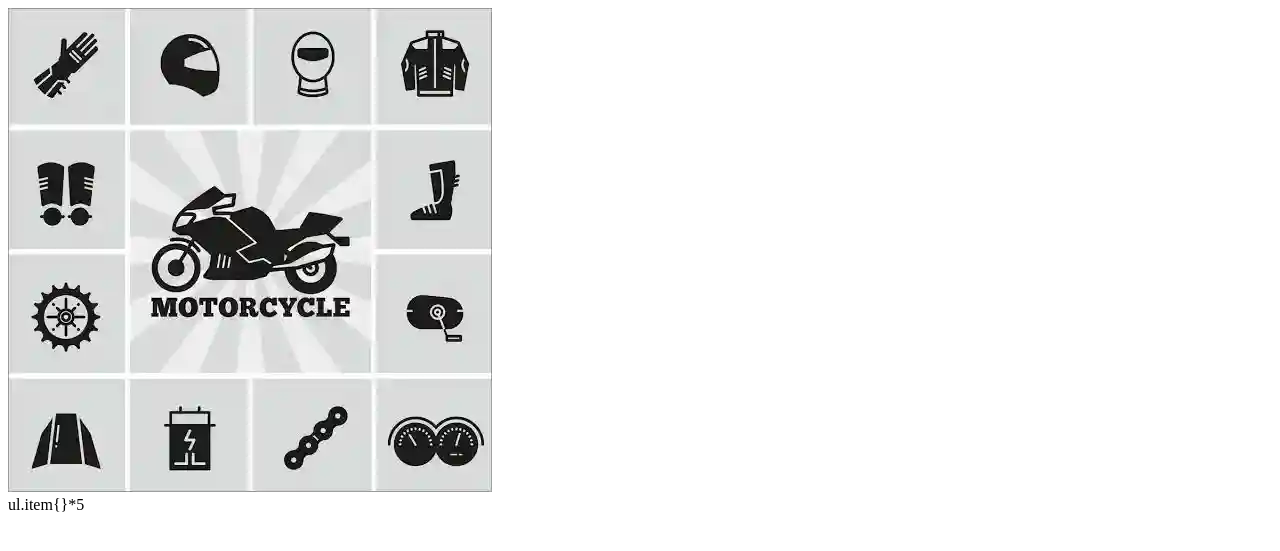
Repository: raisingh22/Simranlearning
Page: html css java/website2/index.html
These files come from the project's save history. The page is drawn as it stood at one moment and after the next save; the edit follows.
The browser window is 1280 px wide. The pictures show the whole page.

Above is the page before, as saved 2024-01-12 11:04:46.

### html css java/website2/index.html
<!DOCTYPE html>
<html lang="en">
<head>
    <meta charset="UTF-8">
    <meta name="viewport" content="width=device-width, initial-scale=1.0">
    <title>Bike Accessories For Modifications of Bike in India</title>
</head>
<body>
    <nav id="navbar">
        <div id="logo">
            <img src="logo.webp" alt="Online accessories">
        </div>
        ul.item{<a></a>}*5
    </nav>

</body>
</html>

After the next save:
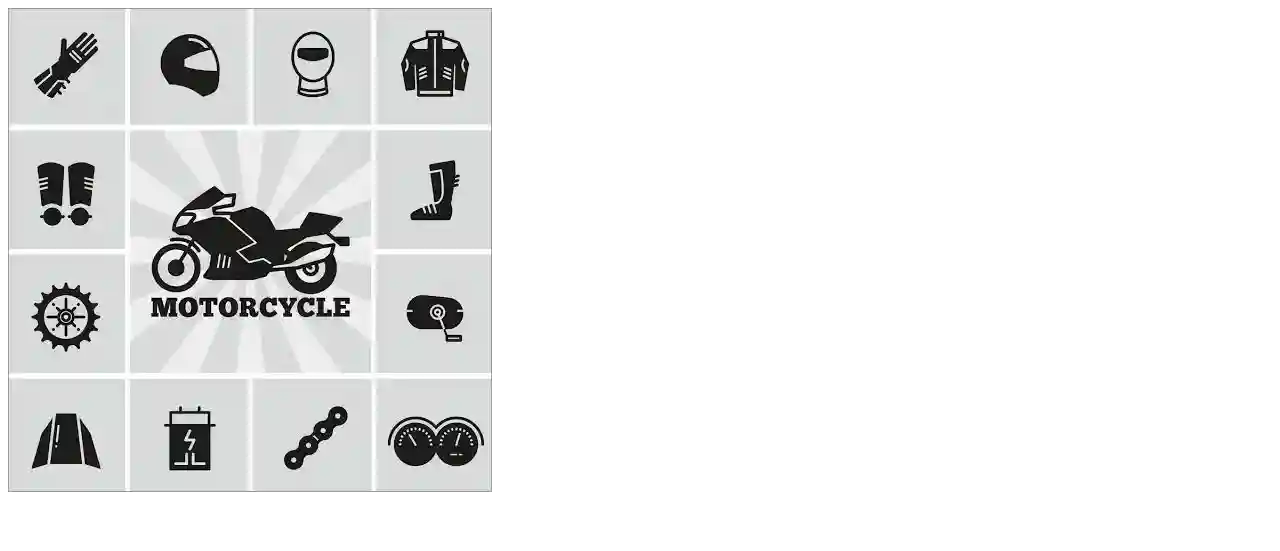
Saved 4 s later.
--- a/html css java/website2/index.html
+++ b/html css java/website2/index.html
@@ -10,7 +10,11 @@
         <div id="logo">
             <img src="logo.webp" alt="Online accessories">
         </div>
-        ul.item{<a></a>}*5
+        <ul class="item"><a></a></ul>
+        <ul class="item"><a></a></ul>
+        <ul class="item"><a></a></ul>
+        <ul class="item"><a></a></ul>
+        <ul class="item"><a></a></ul>
     </nav>
 
 </body>

After the save that followed:
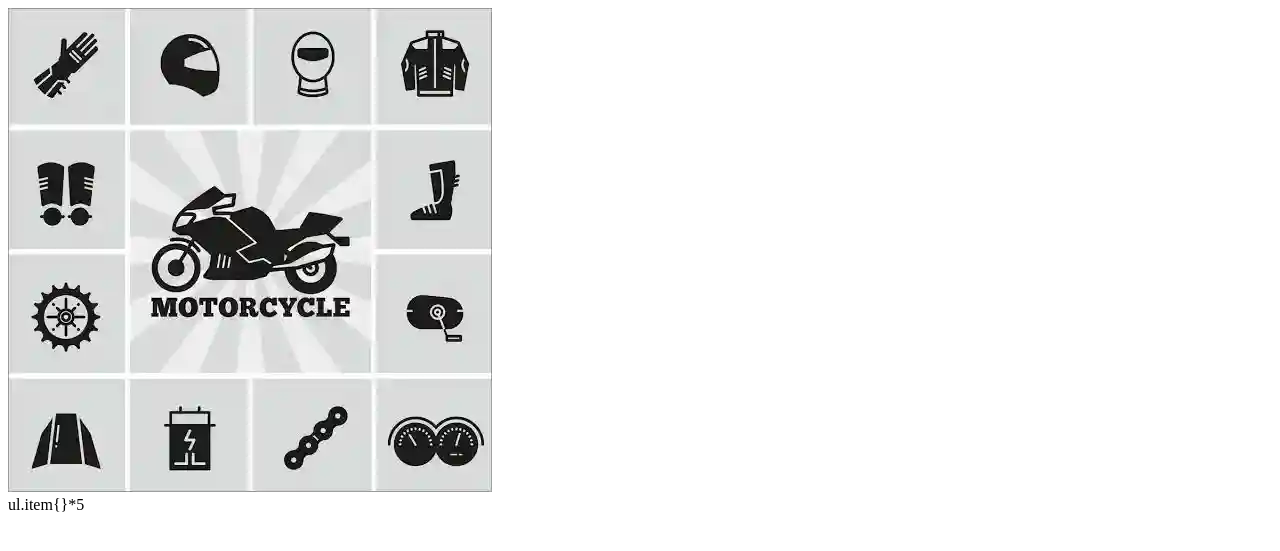
Saved 6 s later.
--- a/html css java/website2/index.html
+++ b/html css java/website2/index.html
@@ -10,11 +10,7 @@
         <div id="logo">
             <img src="logo.webp" alt="Online accessories">
         </div>
-        <ul class="item"><a></a></ul>
-        <ul class="item"><a></a></ul>
-        <ul class="item"><a></a></ul>
-        <ul class="item"><a></a></ul>
-        <ul class="item"><a></a></ul>
+        ul.item{<a></a>}*5
     </nav>
 
 </body>
